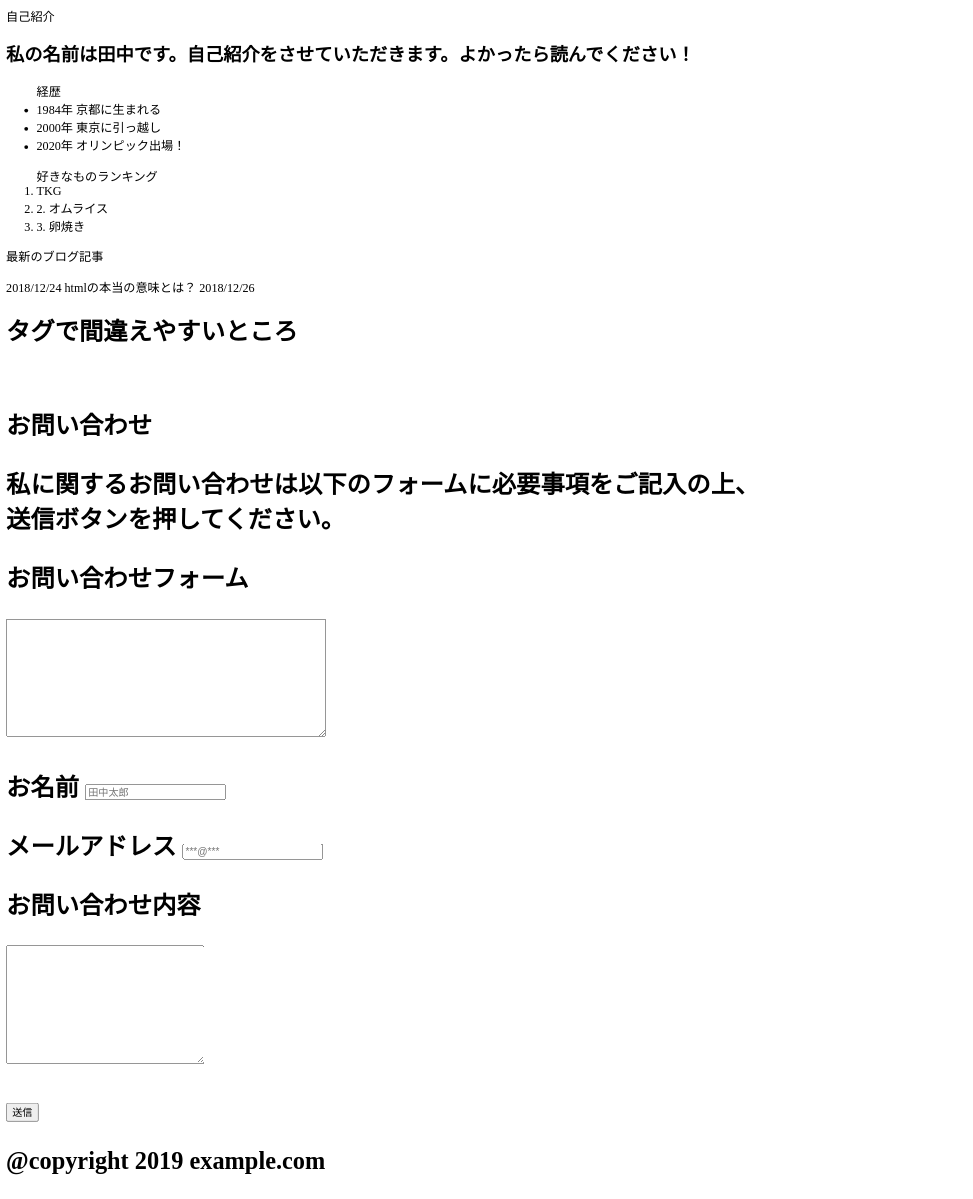
Repository: wairoku/suretigai1
Page: jack.html
These files come from the project's save history. The page is drawn as it stood at one moment and after the next save; the edit follows.
The browser window is 1280 px wide. The pictures show the whole page, at 76% of full size.

Above is the page before, as saved 2019-01-02 20:03:50.

### jack.html
<!DOCTYPE html>


<body>

<header>自己紹介</header>
<h2>私の名前は田中です。自己紹介をさせていただきます。よかったら読んでください！</h2>

<ul>経歴
    <li>1984年 京都に生まれる</li>
    <li>2000年 東京に引っ越し</li>
    <li>2020年 オリンピック出場！</li>
</ul>

<ol>好きなものランキング
    <li>TKG</li>
    <li>2. オムライス</li>
    <li>3. 卵焼き</li>
</ol>




<p>最新のブログ記事</p>
2018/12/24 htmlの本当の意味とは？
2018/12/26 <h1>タグで間違えやすいところ

　<form action="">
　  <p>お問い合わせ</p>
私に関するお問い合わせは以下のフォームに必要事項をご記入の上、 <br>
送信ボタンを押してください。

<p>お問い合わせフォーム</p>
<textarea name="" id="" cols="50" rows="10"></textarea>

<p>お名前
<input type="text" placeholder="田中太郎">
</p>

<p>メールアドレス
<input type="text" placeholder="***@***">
</p>

<p>お問い合わせ内容</p>
<textarea name="" id="" cols="30" rows="10"></textarea></p>
<input type="button" value="送信">
</form>

<p>@copyright 2019 example.com</p>


</body>

After the next save:
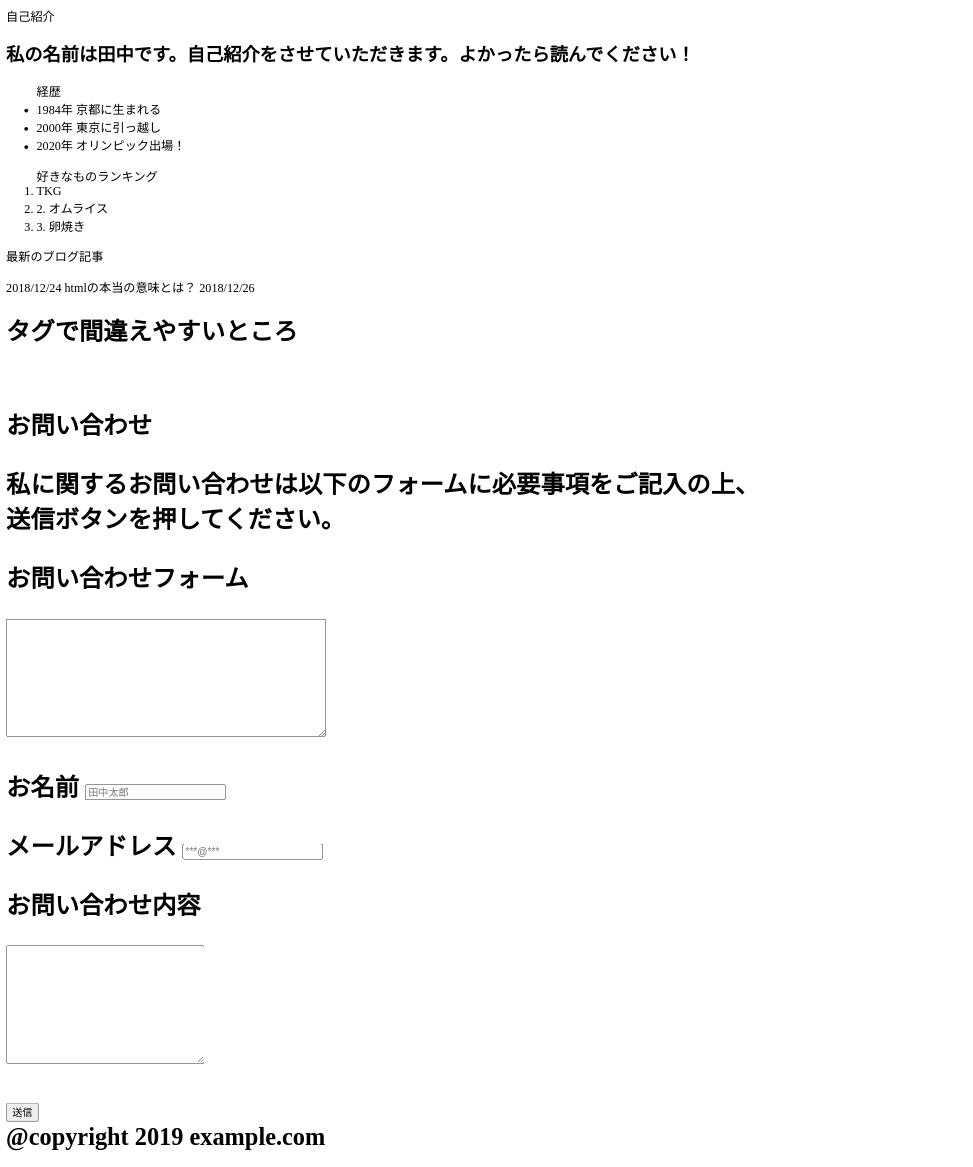
Saved 61 s later.
--- a/jack.html
+++ b/jack.html
@@ -46,7 +46,7 @@
 <input type="button" value="送信">
 </form>
 
-<p>@copyright 2019 example.com</p>
+<footer>@copyright 2019 example.com</footer>
 
 
 </body>
